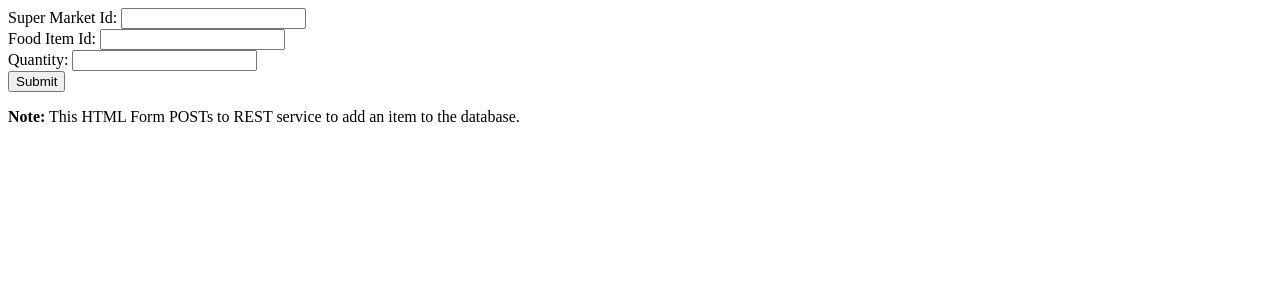
Repository: revatt/SuperMarket
Page: SuperMarketOld/web/pages/addUpdateQuantity.html
An editor plug-in stored every save of this project. The page is shown before and after the next save, followed by the edit.
The browser window is 1280 px wide. The pictures show the whole page.

Above is the page before, as saved 2013-10-06 23:48:34.

After the next save:
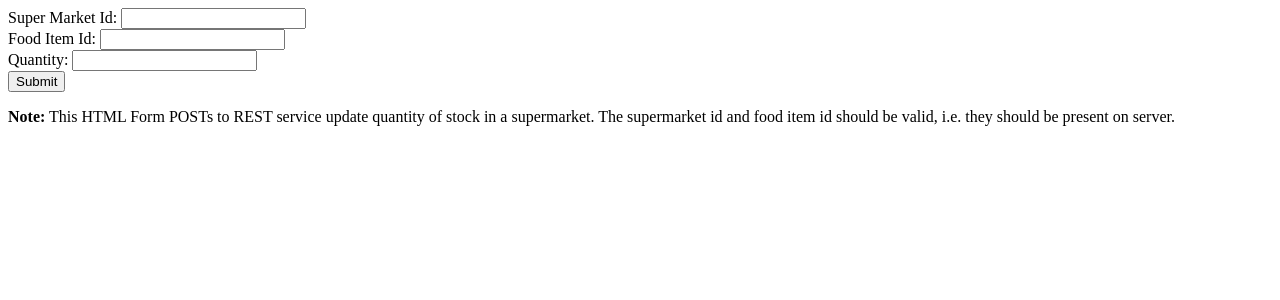
Saved 4 min 53 s later.
--- a/SuperMarketOld/web/pages/addUpdateQuantity.html
+++ b/SuperMarketOld/web/pages/addUpdateQuantity.html
@@ -9,7 +9,7 @@ Quantity: <input type="text" name="quantity"><br>
 <input type="submit">
 </form>
 
-<p><b>Note:</b> This HTML Form POSTs to REST service to add an item to the database.</p>
+<p><b>Note:</b> This HTML Form POSTs to REST service update quantity of stock in a supermarket. The supermarket id and food item id should be valid, i.e. they should be present on server.</p>
 
 </body>
 </html>
